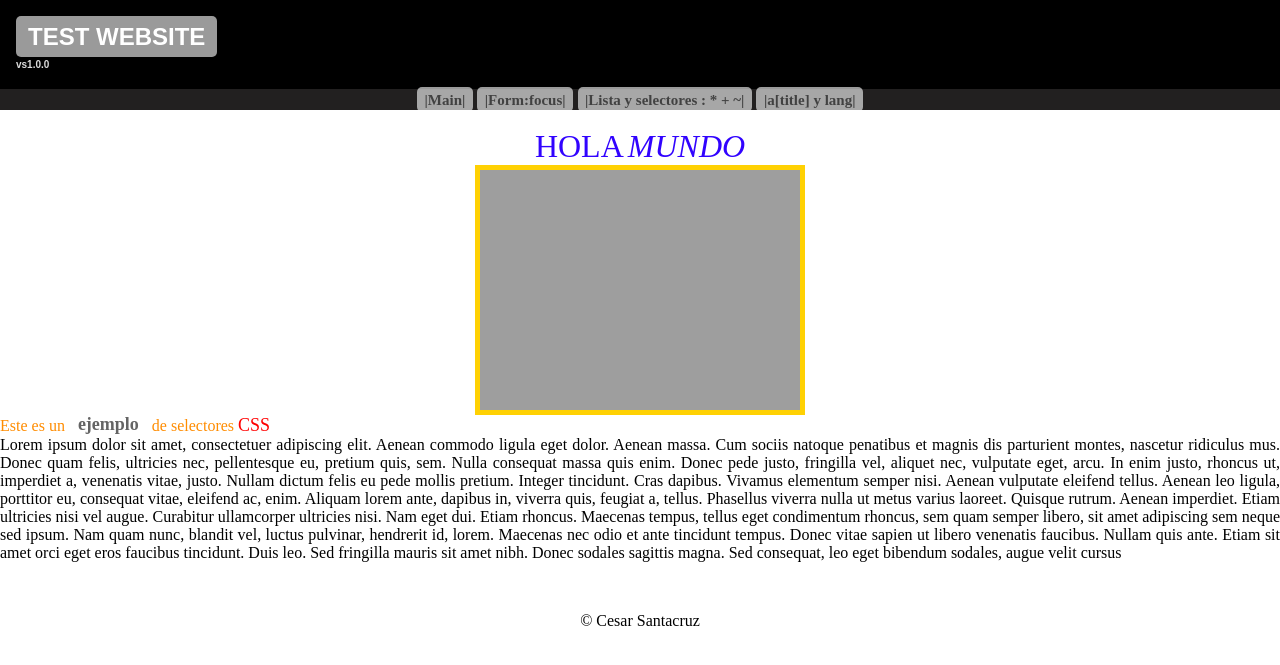
Repository: cesarsant0203/My_Study
Page: Introducción al desarrollo web/My Page 1/1.index.html
These files come from the project's save history. The page is drawn as it stood at one moment and after the next save; the edit follows.
The browser window is 1280 px wide. The pictures show the whole page.
Pictures or frames that could not be fetched are drawn as grey boxes.

Above is the page before, as saved 2020-04-29 18:22:35.

After the next save:
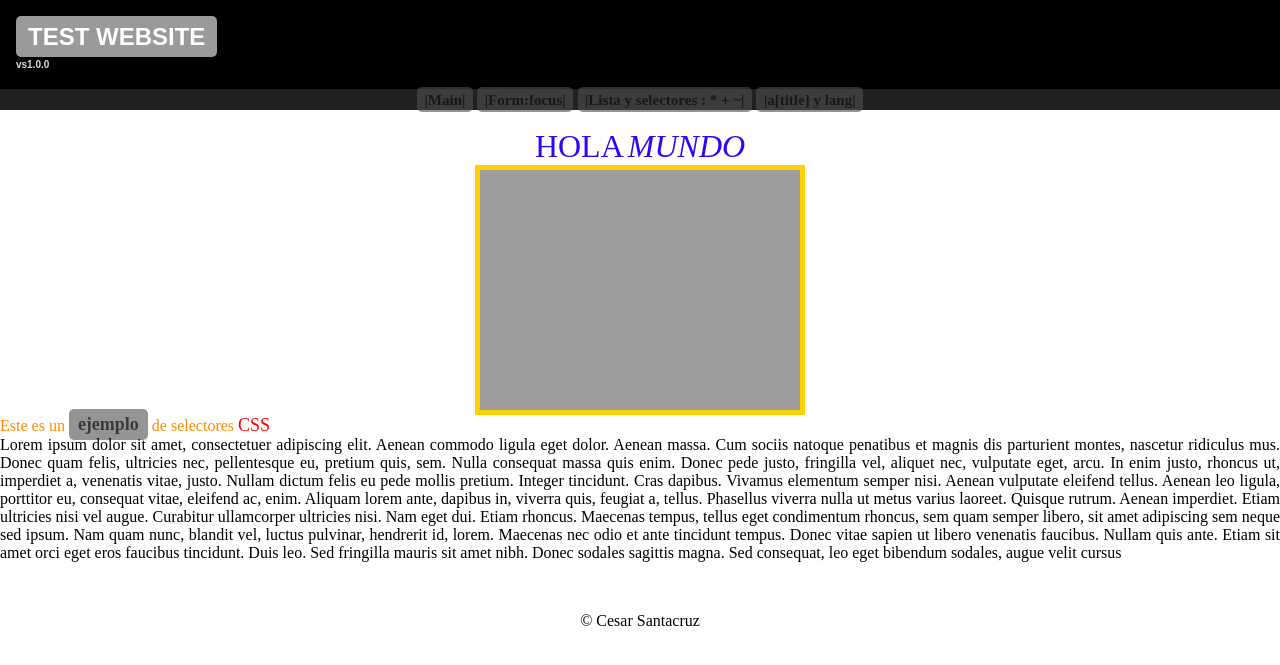
Saved 21 s later.
--- a/Introducción al desarrollo web/My Page 1/1.index.css
+++ b/Introducción al desarrollo web/My Page 1/1.index.css
@@ -49,7 +49,7 @@ a{
     text-decoration: none;
     padding: 0.3em 0.5em;
     border-radius: 5px;
-    background-color: rgba(255, 255, 255, 0.602);
+    background-color: rgba(78, 78, 78, 0.602);
     transition: color 1s linear;
 }
 a:hover, input:hover, button:hover, a:focus, input:focus, button:focus {
